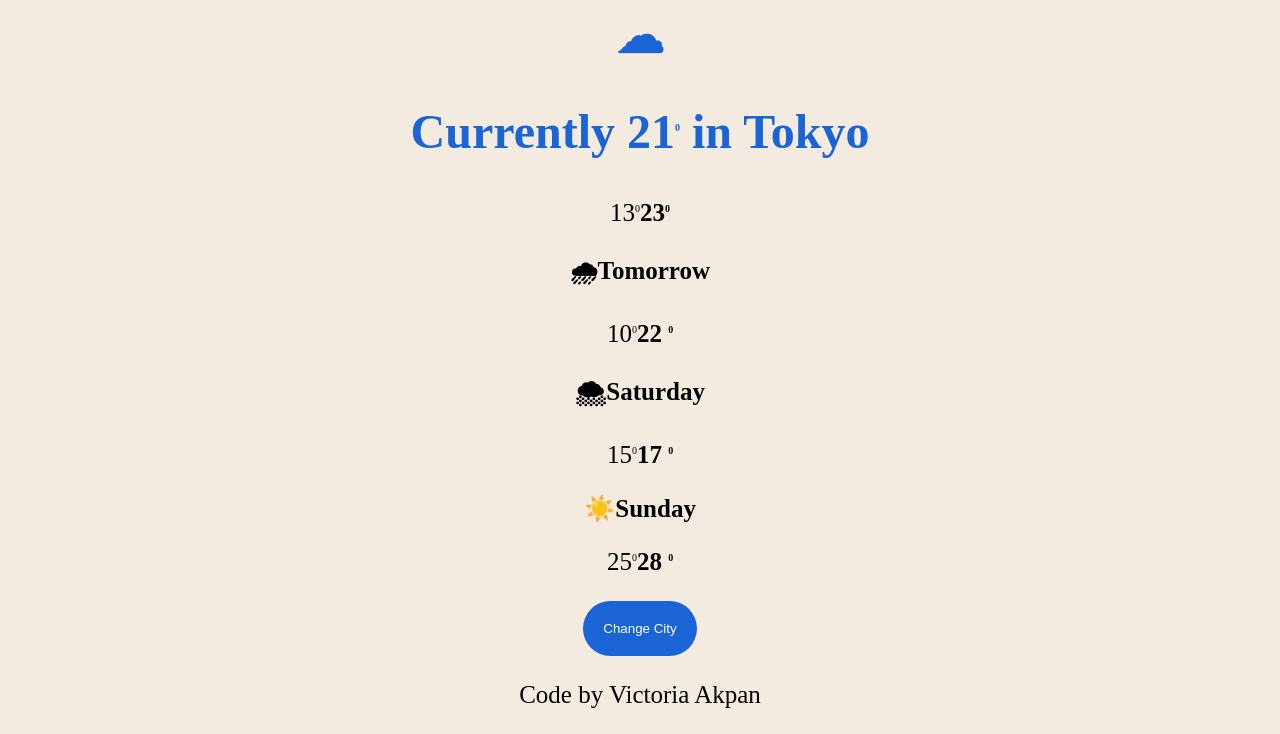
Repository: VickyJacob23/SheCode
Page: firstCode/weatherAppHomeWork.html
These files come from the project's save history. The page is drawn as it stood at one moment and after the next save; the edit follows.
The browser window is 1280 px wide. The pictures show the whole page.

Above is the page before, as saved 2024-08-26 23:55:45.

### firstCode/weatherAppHomeWork.html
<!DOCTYPE html>
<html lang="en">
<head>
    <meta charset="UTF-8">
    <meta name="viewport" content="width=device-width, initial-scale=1.0">
    <title>Demo WeatherAPP</title>

    <style>
        body{
            background-color: #f3ebe0;
        }
        .title h1,.icon{
            color: #1a64d6;
            font-size: 48px;
            font-weight: 700;
        }
        .container{
            margin: auto;
            text-align: center;
        }
        .icon div{
            color: #1a64d6;
        }
        .subtitle{
            color: #000103;
            font-size: 25px;
            font-weight: 600;
        }
        p{
            font-size: 25px;
        }
        span{
            font-weight: 700;
        }
        sup{
            font-size: 10px;
        }
        button{
            background-color: #1a64d6;
            color: #fff;
            border: none;
            outline: none;
            padding: 1.5em;
            border-radius: 30px;
            transition: all 500ms ease-in-out;
        }
        button:hover{
            background-color: #fff;
            color: #1a64d6;
            border:1px solid #1a64d6;
            cursor:pointer
        }
        p:first-child{
            font-size: 2em;
        }
    </style>
</head>
<body>
    <div class="container">

        <section class="title">
            <div class="icon">☁</div>
            <h1>Currently 21<sup>0</sup> in Tokyo</h1>
            <p>13<sup>0</sup><span>23<sup>0</sup></span></p>
        </section>

        <section>
            <div class="subtitle">🌧Tomorrow</div>
            <p>10<sup>0</sup><span>22 <sup>0</sup></span></p>
        </section>

        <section>
            <div class="subtitle">🌨Saturday</div>
            <p>15<sup>0</sup><span>17 <sup>0</sup></span></p>
        </section>

        <section>
            <div class="subtitle">☀️Sunday</div>
            <p>25<sup>0</sup><span>28 <sup>0</sup></span></p>
        </section>

        <button>Change City</button>

        <p>Code by Victoria Akpan </p>
    </div>
</body>
</html>

After the next save:
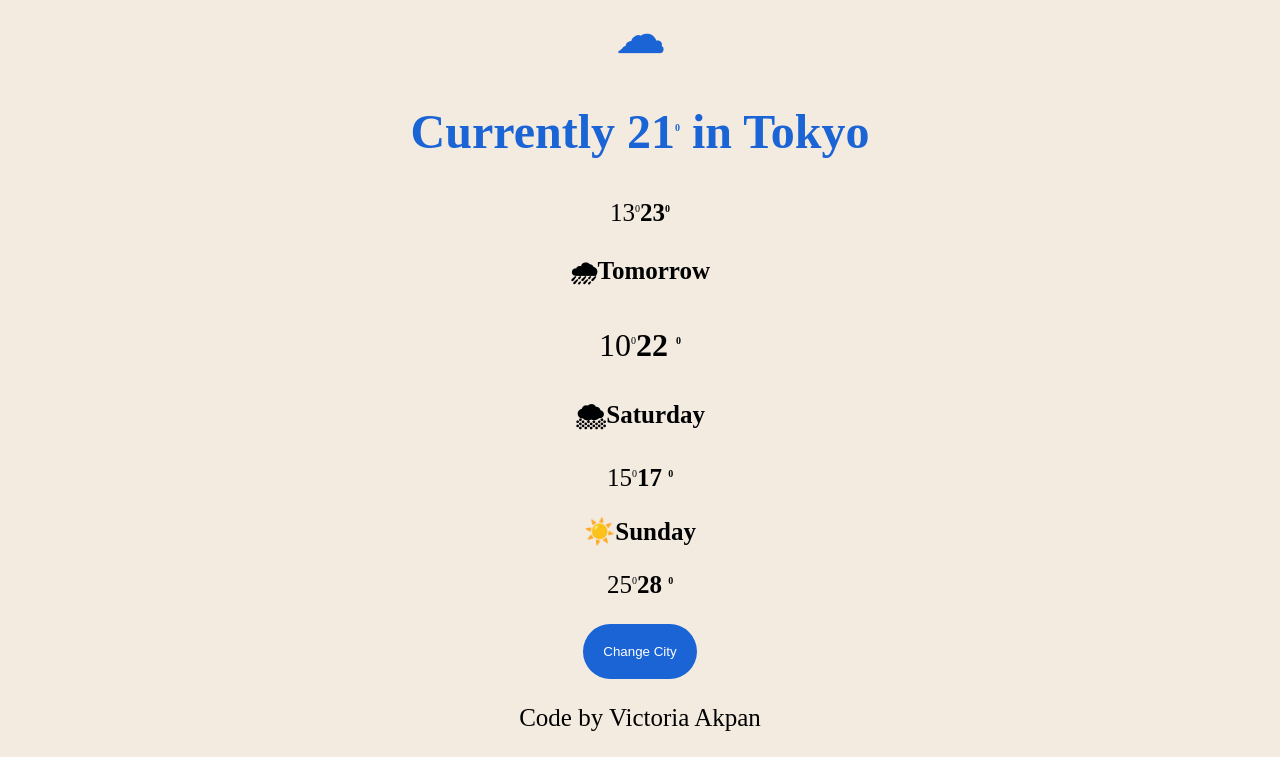
Saved 43 s later.
--- a/firstCode/weatherAppHomeWork.html
+++ b/firstCode/weatherAppHomeWork.html
@@ -50,7 +50,7 @@
             border:1px solid #1a64d6;
             cursor:pointer
         }
-        p:first-child{
+        #bold{
             font-size: 2em;
         }
     </style>
@@ -66,7 +66,7 @@
 
         <section>
             <div class="subtitle">🌧Tomorrow</div>
-            <p>10<sup>0</sup><span>22 <sup>0</sup></span></p>
+            <p id="bold">10<sup>0</sup><span>22 <sup>0</sup></span></p>
         </section>
 
         <section>
